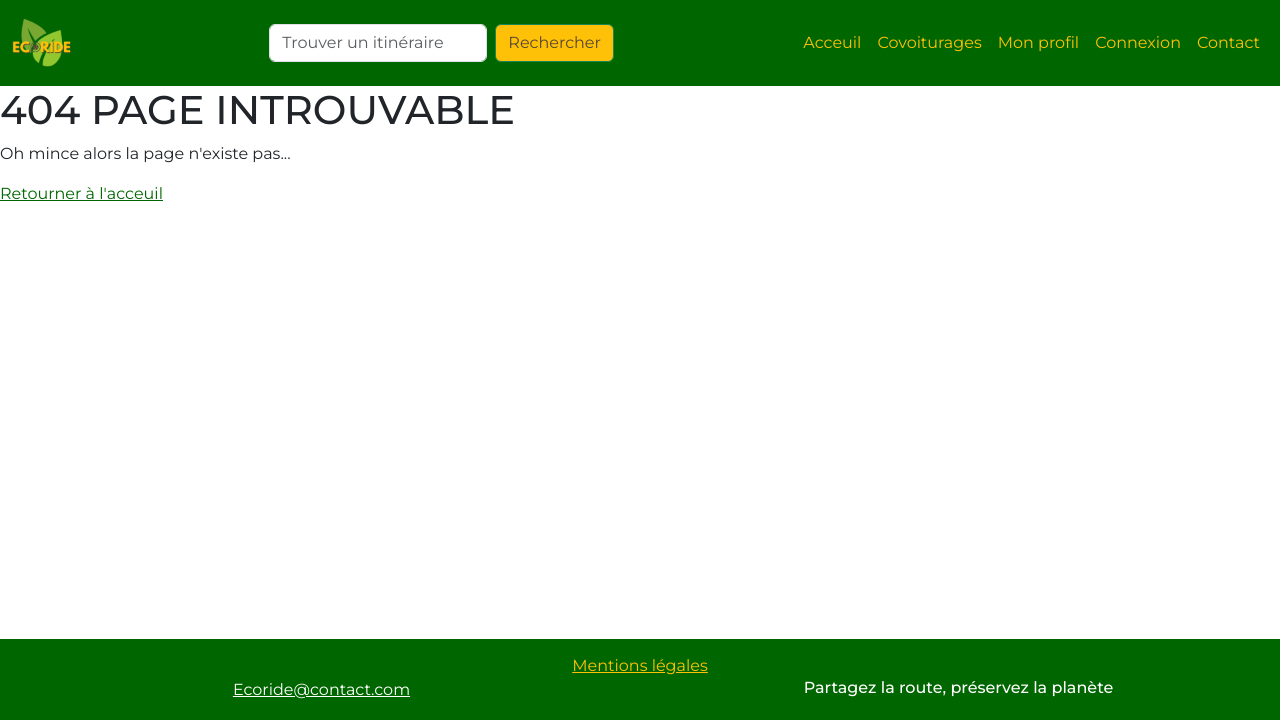
Repository: lemonhao9/ECF
Page: index.html
An editor plug-in stored every save of this project. The page is shown before and after the next save, followed by the edit.
The browser window is 1280 px wide. The pictures show the whole page.
Some web fonts or font styles are not loaded; a fallback is used. The style sheet was rebuilt from its Sass, Less or Tailwind sources for each picture, by a compiler version that may differ from the author's.

Above is the page before, as saved 2025-02-11 15:15:04.

### index.html
<!DOCTYPE html>
<html lang="fr">
<head>
    <meta charset="UTF-8">
    <meta name="viewport" content="width=device-width, initial-scale=1.0">
    <link rel="preconnect" href="https://fonts.googleapis.com">
    <link rel="preconnect" href="https://fonts.gstatic.com" crossorigin>
    <link href="https://fonts.googleapis.com/css2?family=Hind+Madurai:wght@300;400;500;600;700&family=Montserrat:ital,wght@0,100..900;1,100..900&display=swap" rel="stylesheet">
    <link rel="stylesheet" href="/scss/main.css"/>
    <title>EcoRide</title>
</head>
<body>

    <header>
<nav class="navbar navbar-expand-lg bg-primary" data-bs-theme="light">
  <div class="container-fluid">
        <a class="navbar-brand" href="/"><img src="/images/EcoRideLOGO.png" class="img-fluid" alt="logo EcoRide" width="60px"height="50px"></a>
        <button class="navbar-toggler" type="button" data-bs-toggle="collapse" data-bs-target="#navbarSupportedContent" aria-controls="navbarSupportedContent" aria-expanded="false" aria-label="Toggle navigation">
      <span class="navbar-toggler-icon"></span>
        </button>
     <div class="collapse navbar-collapse" id="navbarSupportedContent">
        <div class="d-flex justify-content-center w-100">
            <form class="d-flex" role="search">
              <input class="form-control me-2" type="search" placeholder="Trouver un itinéraire" aria-label="Search">
              <button class="btn btn-outline-success bg-secondary text-black" type="submit">Rechercher</button>
            </form>
          </div>
      <ul class="navbar-nav ms-auto mb-2 mb-lg-0">
        <li class="nav-item">
          <a class="nav-link text-secondary" href="/">Acceuil</a>
        </li>
        <li class="nav-item">
          <a class="nav-link text-secondary" href="/formCovoit">Covoiturages</a>
        </li>
        <li class="nav-item">
          <a class="nav-link text-secondary text-nowrap" href="/profile">Mon profil</a>
        </li>
        <li class="nav-item">
            <a class="nav-link text-secondary" href="#">Connexion</a>
          </li>
          <li class="nav-item">
            <a class="nav-link text-secondary" href="">Contact</a>
          </li>
      </ul>

    </div>
  </div>
</nav>
    </header>

    <main id="main-page">
        <!-- Injection du contenu des différentes pages-->
    </main>
    <footer class="bg-primary text-center footer">
        <div class="row">
            <div class="col-12">
                <a href="#" class="text-secondary">Mentions légales</a>
            </div>
            <div class="col-6">
                <a href="mailto:Ecoride@contact.com" class="text-white">Ecoride@contact.com</a>
            </div>
            <div class="col-6 text-white">
                <h3>Partagez la route, préservez la planète</h3>
            </div>
        </div>
    </footer>

    <script type="module" src="./Router/router.js"></script>
    <script src="node_modules/bootstrap/dist/js/bootstrap.bundle.min.js"></script>

</body>
</html>

### Router/router.js
import Route from "./Route.js";
import { allRoutes, websiteName } from "./allRoutes.js";

// Création d'une route pour la page 404 (page introuvable)
const route404 = new Route("404", "Page introuvable", "/pages/404.html");

// Fonction pour récupérer la route correspondant à une URL donnée
const getRouteByUrl = (url) => {
  let currentRoute = null;
  // Parcours de toutes les routes pour trouver la correspondance
  allRoutes.forEach((element) => {
    if (element.url == url) {
      currentRoute = element;
    }
  });
  // Si aucune correspondance n'est trouvée, on retourne la route 404
  if (currentRoute != null) {
    return currentRoute;
  } else {
    return route404;
  }
};

// Fonction pour charger le contenu de la page
const LoadContentPage = async () => {
  const path = window.location.pathname;
  // Récupération de l'URL actuelle
  const actualRoute = getRouteByUrl(path);
  // Récupération du contenu HTML de la route
  const html = await fetch(actualRoute.pathHtml).then((data) => data.text());
  // Ajout du contenu HTML à l'élément avec l'ID "main-page"
  document.getElementById("main-page").innerHTML = html;

  // Ajout du contenu JavaScript
  if (actualRoute.pathJS != "") {
    // Création d'une balise script
    var scriptTag = document.createElement("script");
    scriptTag.setAttribute("type", "text/javascript");
    scriptTag.setAttribute("src", actualRoute.pathJS);

    // Ajout de la balise script au corps du document
    document.querySelector("body").appendChild(scriptTag);
  }

  // Changement du titre de la page
  document.title = actualRoute.title + " - " + websiteName;
};

// Fonction pour gérer les événements de routage (clic sur les liens)
const routeEvent = (event) => {
  event = event || window.event;
  event.preventDefault();
  // Mise à jour de l'URL dans l'historique du navigateur
  window.history.pushState({}, "", event.target.href);
  // Chargement du contenu de la nouvelle page
  LoadContentPage();
};

// Gestion de l'événement de retour en arrière dans l'historique du navigateur
window.onpopstate = LoadContentPage;
// Assignation de la fonction routeEvent à la propriété route de la fenêtre
window.route = routeEvent;
// Chargement du contenu de la page au chargement initial
LoadContentPage();

### Router/allRoutes.js
import Route from "./Route.js";

//Définir ici vos routes
export const allRoutes = [
    new Route("/", "Accueil", "./pages/home.html"),
    new Route("/profile", "Profil", "./pages/profile.html"),
    new Route("/login", "Connexion", "./pages/auth/login.html"),
    new Route("/signin", "Inscription", "./pages/auth/signin.html"),
    new Route("/formCovoit", "Covoiturages", "./pages/formCovoit.html"),
    new Route("/vueCovoit", "Se déplacer", "./pages/vueCovoit.html")
];

//Le titre s'affiche comme ceci : Route.titre - websitename
export const websiteName = "EcoRide";

### pages/404.html
<div>
    <h1>404 PAGE INTROUVABLE</h1>
    <p>Oh mince alors la page n'existe pas...</p>
    <p><a href="/">Retourner à l'acceuil</a></p>
</div>

### scss/main.scss
@import 'custom';

html {
    position: relative;
    min-height: 100%;
}

main{
    margin-bottom: 82px;
}

// ...Style du Footer...

footer.footer {
    padding: 15px;
    position:absolute;
    bottom:0;
    width: 100%;
}

footer h3{
    font-size: 16px;
}


// ...Style du burger...
.navbar-toggler-icon {
    background-image: url("data:[embedded picture, 225 characters]");
  }
.navbar-toggler{
  border:none;
}
.navbar-toggler:focus{
  box-shadow: none;
}

### scss/_custom.scss
// Include any default variable overrides here (though functions won't be available)

$primary: #006600;
$secondary: #FFC107;
$dark:#392C1E;
$black:  #584832;
$font-family-sans-serif: "Montserrat", sans-serif !default;
$font-family-serif: "Hind Madurai", serif !default;

@import "../node_modules/bootstrap/scss/bootstrap";

Loaded but not shown: node_modules/bootstrap/dist/js/bootstrap.bundle.min.js (library); Router/Route.js (common file)

After the next save:
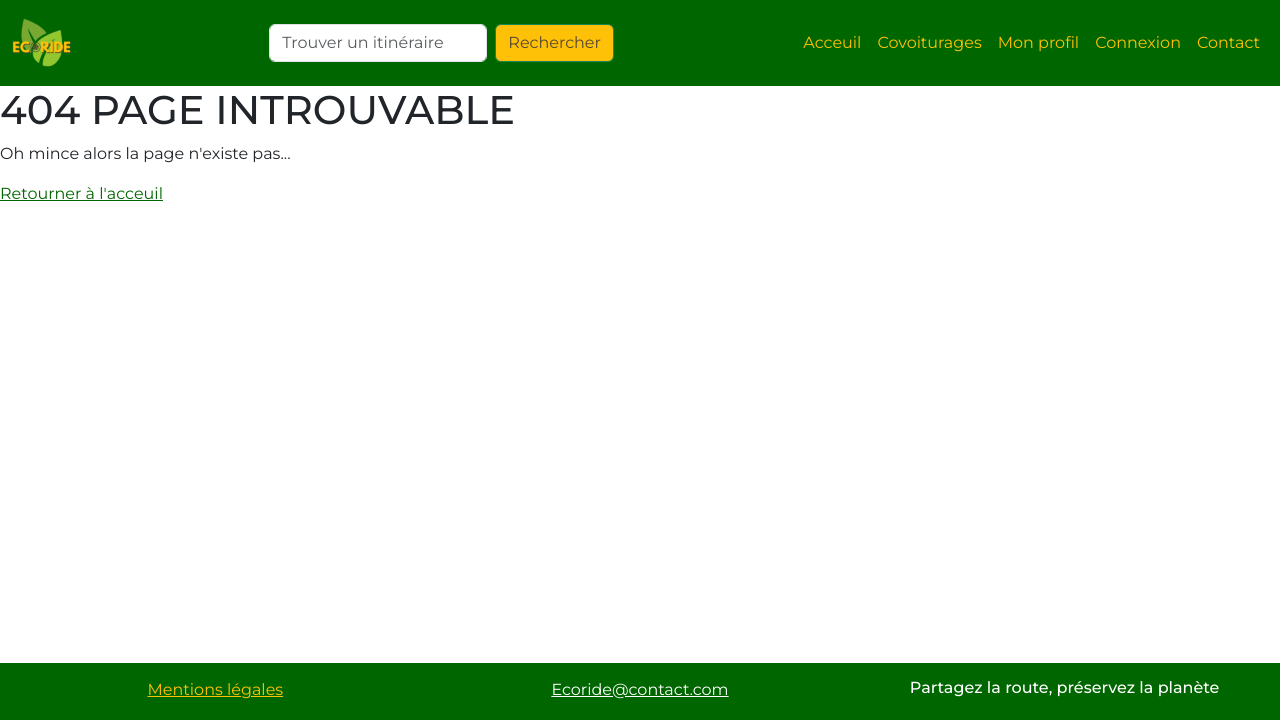
Saved 70 s later.
--- a/index.html
+++ b/index.html
@@ -53,13 +53,13 @@
     </main>
     <footer class="bg-primary text-center footer">
         <div class="row">
-            <div class="col-12">
+            <div class="col-12 col-lg-4">
                 <a href="#" class="text-secondary">Mentions légales</a>
             </div>
-            <div class="col-6">
+            <div class="col-6 col-lg-4">
                 <a href="mailto:Ecoride@contact.com" class="text-white">Ecoride@contact.com</a>
             </div>
-            <div class="col-6 text-white">
+            <div class="col-6 text-white col-lg-4">
                 <h3>Partagez la route, préservez la planète</h3>
             </div>
         </div>

After the save that followed:
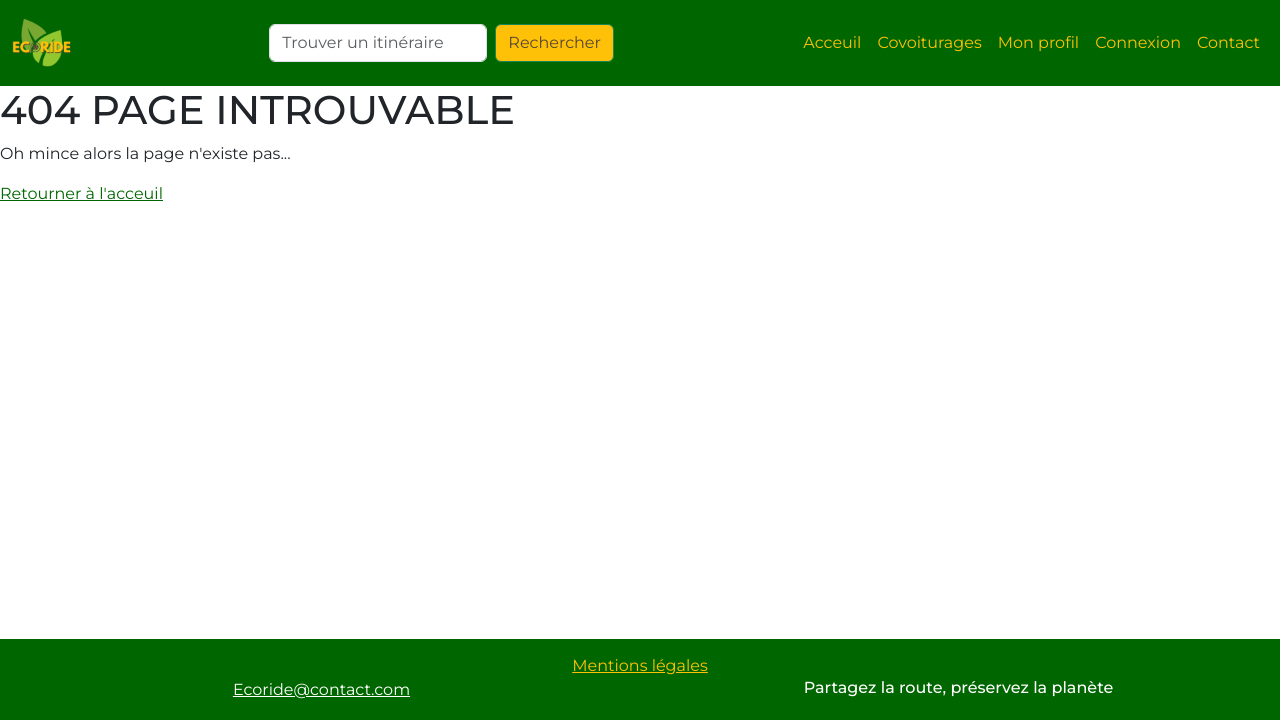
Saved 44 s later.
--- a/index.html
+++ b/index.html
@@ -53,13 +53,13 @@
     </main>
     <footer class="bg-primary text-center footer">
         <div class="row">
-            <div class="col-12 col-lg-4">
+            <div class="col-12">
                 <a href="#" class="text-secondary">Mentions légales</a>
             </div>
-            <div class="col-6 col-lg-4">
+            <div class="col-6">
                 <a href="mailto:Ecoride@contact.com" class="text-white">Ecoride@contact.com</a>
             </div>
-            <div class="col-6 text-white col-lg-4">
+            <div class="col-6 text-white">
                 <h3>Partagez la route, préservez la planète</h3>
             </div>
         </div>
